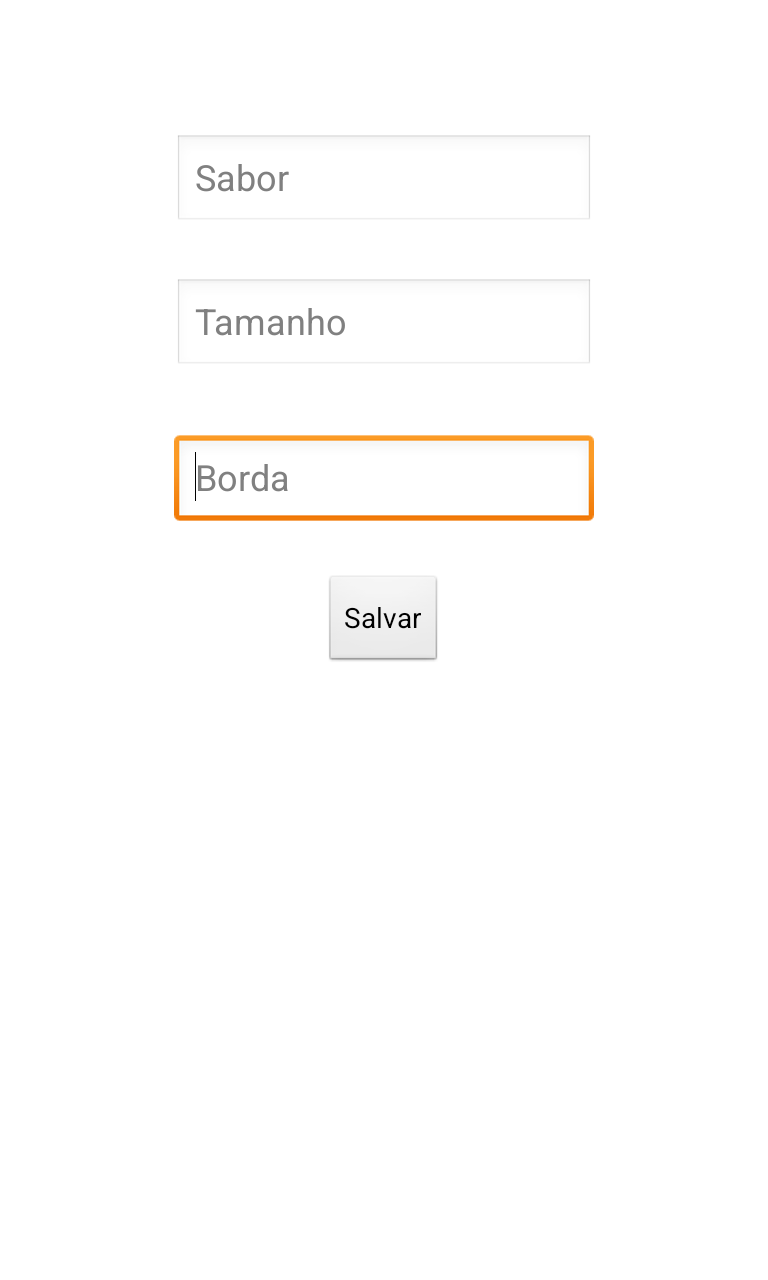
Repository: Lorvak/Pedido
Layout: workspace/Pedido_pizzaria/res/layout/activity_pedido_form.xml
An editor plug-in stored every save of this project. The layout is shown before and after the next save, followed by the edit.
It is drawn on a 768 x 1280 px phone screen (xhdpi) without system bars, with theme AppTheme; the app's code is not run.

Above is the layout before, as saved 2013-02-19 12:10:28.

After the next save:
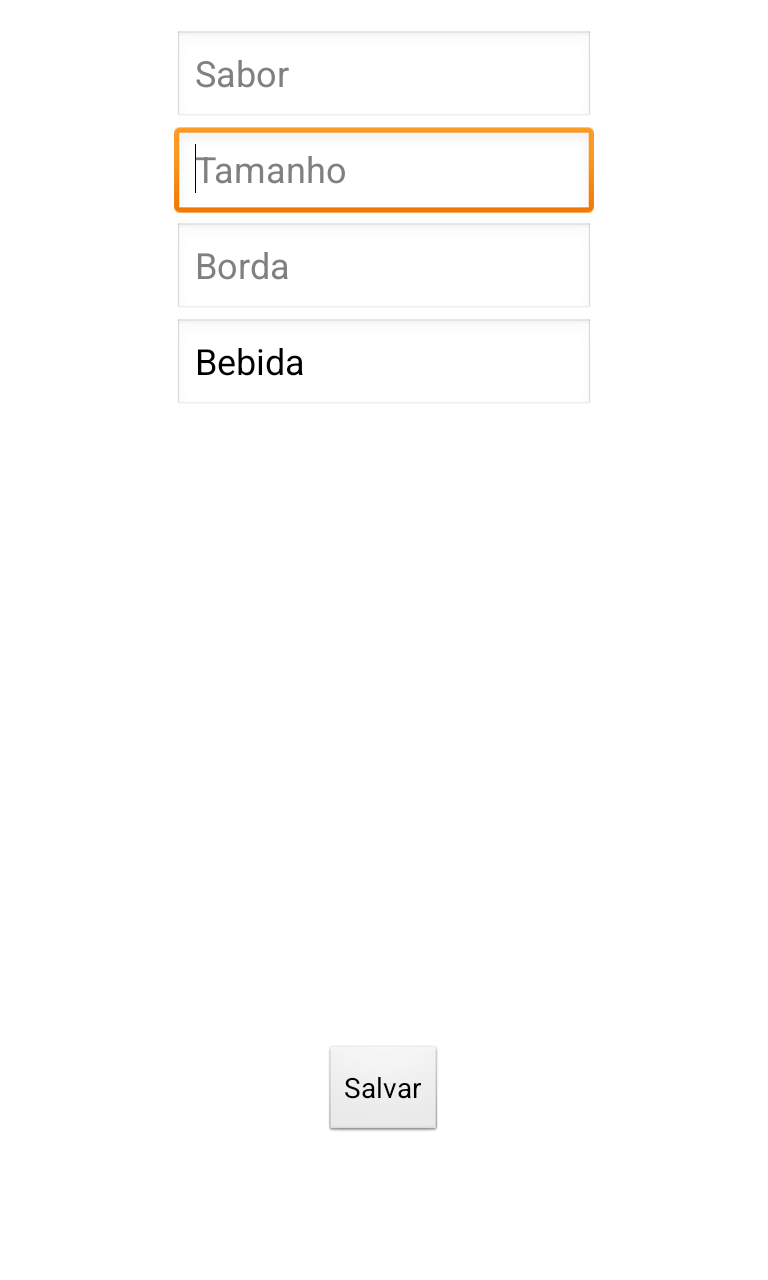
Saved 95 s later.
--- a/workspace/Pedido_pizzaria/res/layout/activity_pedido_form.xml
+++ b/workspace/Pedido_pizzaria/res/layout/activity_pedido_form.xml
@@ -5,27 +5,42 @@
     tools:context=".PedidoFormActivity" >
 
     <EditText
+        android:id="@+id/editTextSabor"
+        android:layout_width="wrap_content"
+        android:layout_height="wrap_content"
+        android:layout_alignParentTop="true"
+        android:layout_centerHorizontal="true"
+        android:layout_marginTop="15dp"
+        android:ems="10"
+        android:hint="@string/sabor" />
+
+    <Button
+        android:id="@+id/button1"
+        android:layout_width="wrap_content"
+        android:layout_height="wrap_content"
+        android:layout_alignParentBottom="true"
+        android:layout_centerHorizontal="true"
+        android:layout_marginBottom="70dp"
+        android:onClick="salvar"
+        android:text="@string/save" />
+
+    <EditText
+        android:id="@+id/editTextBebida"
+        android:layout_width="wrap_content"
+        android:layout_height="wrap_content"
+        android:layout_below="@+id/editTextBorda"
+        android:layout_centerHorizontal="true"
+        android:ems="10"
+        android:text="@string/txtbebida" />
+
+    <EditText
         android:id="@+id/editTextBorda"
         android:layout_width="wrap_content"
         android:layout_height="wrap_content"
         android:layout_alignLeft="@+id/editTextTamanho"
         android:layout_below="@+id/editTextTamanho"
-        android:layout_marginTop="30dp"
         android:ems="10"
-        android:hint="@string/borda" >
-
-        <requestFocus />
-    </EditText>
-
-    <EditText
-        android:id="@+id/editTextSabor"
-        android:layout_width="wrap_content"
-        android:layout_height="wrap_content"
-        android:layout_alignParentTop="true"
-        android:layout_centerHorizontal="true"
-        android:layout_marginTop="67dp"
-        android:ems="10"
-        android:hint="@string/sabor" />
+        android:hint="@string/borda" />
 
     <EditText
         android:id="@+id/editTextTamanho"
@@ -33,19 +48,10 @@
         android:layout_height="wrap_content"
         android:layout_alignLeft="@+id/editTextSabor"
         android:layout_below="@+id/editTextSabor"
-        android:layout_marginTop="24dp"
         android:ems="10"
-        android:hint="@string/tamanho" />
+        android:hint="@string/tamanho" >
 
-    <Button
-        android:id="@+id/button1"
-        android:layout_width="wrap_content"
-        android:layout_height="wrap_content"
-        android:layout_below="@+id/editTextBorda"
-        android:layout_centerHorizontal="true"
-        android:layout_marginTop="22dp"
-        android:text="@string/save"
-        android:onClick="salvar"
-         />
+        <requestFocus />
+    </EditText>
 
 </RelativeLayout>
